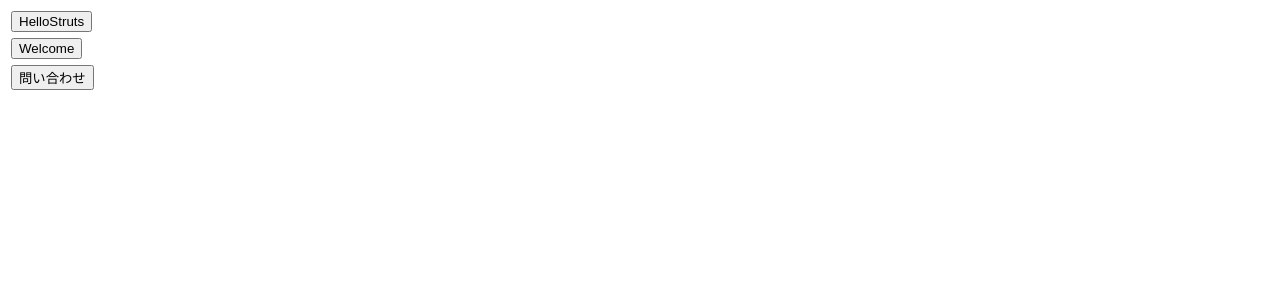
Repository: k-o7777/test
Page: http://localhost/WebProj/
These files come from the project's save history. The page is drawn as it stood at one moment and after the next save; the edit follows.
The browser window is 1280 px wide. The pictures show the whole page.
The page is served by Tomcat 9.

Above is the page before, as saved 2019-08-29 07:30:48.

After the next save:
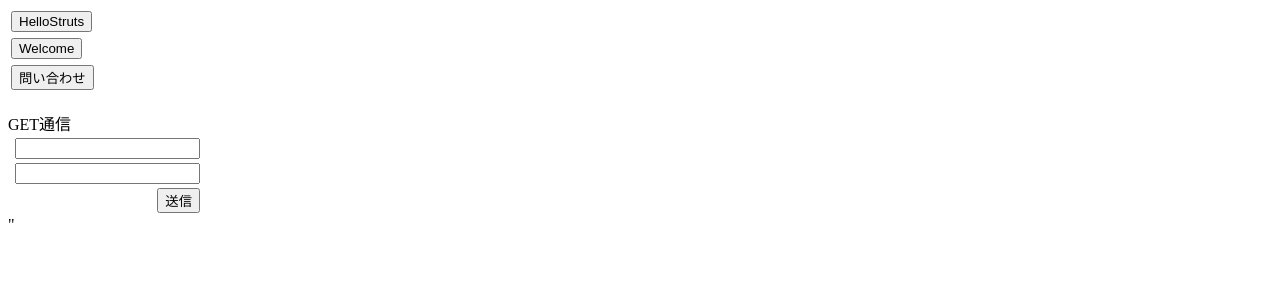
Saved 5 min 4 s later.
--- a/WebProj/WebContent/index.jsp
+++ b/WebProj/WebContent/index.jsp
@@ -19,5 +19,13 @@
 	<s:form action="InquiryAction">
 		<s:submit value="問い合わせ"/>
 	</s:form>
+
+	<br>
+	GET通信
+	<s:form method="get" action="TestAction">
+	<s:textfield name="username"/>
+	<s:password name="password"/>
+	<s:submit value="送信"/>
+	</s:form>"
 </body>
 </html>
